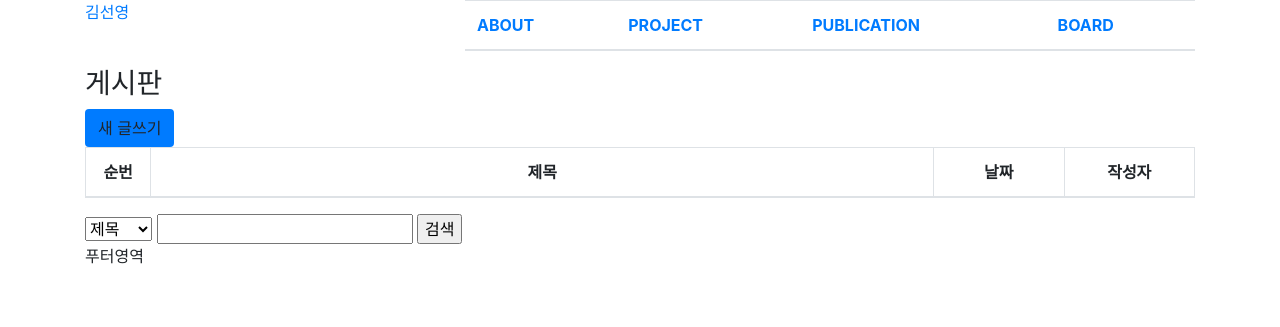
Repository: supremest35/web-projects
Page: http://localhost/noticeboard/board/list.jsp
These files come from the project's save history. The page is drawn as it stood at one moment and after the next save; the edit follows.
The browser window is 1280 px wide. The pictures show the whole page.
The page is served by Tomcat 9. Other server files are loaded and not shown. Queries for data that is not in the repository find no rows.

Above is the page before, as saved 2020-12-06 05:49:57.

### noticeboard/WebContent/board/list.jsp
<%@page import="dao.BoardDao"%>
<%@page import="vo.Board"%>
<%@page import="java.util.List"%>
<%@page import="util.StringUtils"%>
<%@ page language="java" contentType="text/html; charset=UTF-8"
    pageEncoding="UTF-8"%>
<!DOCTYPE html>
<html lang="ko">
<head>
  <title>Bootstrap 4 Example</title>
  <meta charset="utf-8">
  <meta name="viewport" content="width=device-width, initial-scale=1">
  <link rel="stylesheet" href="https://maxcdn.bootstrapcdn.com/bootstrap/4.5.2/css/bootstrap.min.css">
  <script src="https://ajax.googleapis.com/ajax/libs/jquery/3.5.1/jquery.min.js"></script>
  <script src="https://cdnjs.cloudflare.com/ajax/libs/popper.js/1.16.0/umd/popper.min.js"></script>
  <script src="https://maxcdn.bootstrapcdn.com/bootstrap/4.5.2/js/bootstrap.min.js"></script>
</head>
<body>
<%
	int pageNo = StringUtils.stringToInt(request.getParameter("pno"), 1);
	BoardDao boardDao = BoardDao.getInstance();
	List<Board> boards = boardDao.getAllBoards();

%>
<div class="container">
	<div class="row">
		<div class="col-2"><a href="index.jsp">김선영</a></div>
		<div class="col-2"></div>
		<div class="col-8">
			<table class="table">
				<thead>
					<tr>
						<th><a href="">ABOUT</a></th>
						<th><a href="">PROJECT</a></th>
						<th><a href="">PUBLICATION</a></th>
						<th><a href="board/list?pno=<%=pageNo %>.jsp">BOARD</a></th>
					</tr>
				</thead>
			</table>
		</div>
	</div>
	<div class="row">
		<div class="col-12">
			<h3>게시판</h3>
			<a href="form.jsp" class="btn bg-primary">새 글쓰기</a>
		</div>
		<div class="col-12">
			<div class="table">
				<table class="table table-bordered table-hover">
					<thead>
						<tr>
							<th style="width: 50px; text-align: center;">순번</th>
							<th style="width: 600px; text-align: center;">제목</th>
							<th style="width: 100px; text-align: center;">날짜</th>
							<th style="width: 100px; text-align: center;">작성자</th>
						</tr>
					</thead>
					<tbody>
						<%
							for (Board board : boards) {
						%>
							<tr>
								<td style="width: 50px; text-align: center;"><%=board.getNo() %></td>
								<td style="width: 600px;"><a href=""><%=board.getTitle() %></a></td>
								<td style="width: 100px; text-align: center;"><%=board.getCreateDate() %></td>
								<td style="width: 100px; text-align: center;"><%=board.getUserId() %></td>

							</tr>
						<%
							}
						%>
					</tbody>
				</table>
			</div>
		</div>
		<div class="col-12">
			<form action="search.jsp">
				<select name="searchType">
					<option value="제목">제목</option>
					<option value="작성자">작성자</option>
				</select>
				<input type="text" name="keyword" />
				<input type="submit" value="검색" />
			</form>
		</div>
	</div>
	<div class="row">
		<div class="col-12">푸터영역</div>
	</div>
</div>
</body>
</html>

### noticeboard/src/util/StringUtils.java
package util;

public class StringUtils {

	public static int stringToInt(String value, int defaultValue) {
		if (value == null) {
			return defaultValue;
		}

		try {
			return Integer.parseInt(value);
		} catch (NumberFormatException e) {
			return defaultValue;
		}
	}

	public static int stringToInt(String value) {
		return stringToInt(value, 0);
	}

	public static long stringToLong(String value, long defaultValue) {
		if (value == null) {
			return defaultValue;
		}

		try {
			return Long.parseLong(value);
		} catch (NumberFormatException e) {
			return defaultValue;
		}
	}

	public static long stringToLong(String value) {
		return stringToLong(value, 0L);
	}

	public static double stringToDouble(String value, double defaultValue) {
		if (value == null) {
			return defaultValue;
		}

		try {
			return Double.parseDouble(value);
		} catch (NumberFormatException e) {
			return defaultValue;
		}
	}

	public static double stringToDouble(String value) {
		return stringToDouble(value, 0.0);
	}
}

### noticeboard/src/dao/BoardDao.java
package dao;

import java.sql.Connection;
import java.sql.PreparedStatement;
import java.sql.ResultSet;
import java.sql.SQLException;
import java.util.ArrayList;
import java.util.List;

import util.ConnectionUtil;
import vo.Board;
import vo.BoardImage;

public class BoardDao {

	private static final String GET_BOARD_NO_SQL = "select test_board_seq.nextval no from dual";
	private static final String INSERT_BOARD_SQL = "insert into test_board (board_no, board_title, board_document, user_id)"
			+ " values (?, ?, ?, ?)";
	private static final String INSERT_BOARD_IMAGE_SQL = "insert into test_board_images (board_no, image_filename, image_index)"
			+ " values (?, ?, ?)";
	private static final String GET_ALL_BOARDS_SQL = "select * from test_board";
	private static final String GET_ALL_BOARD_IMAGES_SQL = "select * from test_board_images";

	// 싱글턴 객체
	private static final BoardDao boardDao = new BoardDao();
	private BoardDao() {}
	public static BoardDao getInstance() {
		return boardDao;
	}

	public int getBoardNo() throws SQLException {
		int boardNo = 0;

		Connection con = ConnectionUtil.getConnection();
		PreparedStatement pstmt = con.prepareStatement(GET_BOARD_NO_SQL);
		ResultSet rs = pstmt.executeQuery();

		rs.next();

		boardNo = rs.getInt("no");

		return boardNo;

	}

	public List<Board> getAllBoards() throws SQLException {
		List<Board> boards = new ArrayList<Board>();

		Connection con = ConnectionUtil.getConnection();
		PreparedStatement pstmt = con.prepareStatement(GET_ALL_BOARDS_SQL);
		ResultSet rs = pstmt.executeQuery();

		while (rs.next()) {
			Board board = new Board();
			board.setNo(rs.getInt("board_no"));
			board.setTitle(rs.getString("board_title"));
			board.setDocument(rs.getString("board_document"));
			board.setCreateDate(rs.getDate("board_create_date"));
			board.setUserId(rs.getString("user_id"));
			boards.add(board);
		}

		rs.close();
		pstmt.close();
		con.close();
		return boards;
	}

	public List<BoardImage> getAllBoardImages() throws SQLException {
		List<BoardImage> boardImages = new ArrayList<BoardImage>();
		Connection con = ConnectionUtil.getConnection();
		PreparedStatement pstmt = con.prepareStatement(GET_ALL_BOARD_IMAGES_SQL);
		ResultSet rs = pstmt.executeQuery();

		while (rs.next()) {
			BoardImage boardImage = new BoardImage();
			boardImage.setNo(rs.getInt("board_no"));
			boardImage.setFileName(rs.getString("image_filename"));
			boardImage.setIndex(rs.getInt("image_index"));
			boardImages.add(boardImage);
		}

		rs.close();
		pstmt.close();
		con.close();
		return boardImages;
	}


	public void insertBoard(Board board) throws SQLException {

		Connection con = ConnectionUtil.getConnection();
		PreparedStatement pstmt = con.prepareStatement(INSERT_BOARD_SQL);
		pstmt.setInt(1, board.getNo());
		pstmt.setString(2, board.getTitle());
		pstmt.setString(3, board.getDocument());
		pstmt.setString(4, board.getUserId());
		pstmt.executeUpdate();

		pstmt.close();
		con.close();
	}

	public void insertBoardImage(BoardImage boardImage) throws SQLException {
		Connection con = ConnectionUtil.getConnection();
		PreparedStatement pstmt = con.prepareStatement(INSERT_BOARD_IMAGE_SQL);
		pstmt.setInt(1, boardImage.getNo());
		pstmt.setString(2, boardImage.getFileName());
		pstmt.setInt(3, boardImage.getIndex());
		pstmt.executeUpdate();

		pstmt.close();
		con.close();
	}

}

### noticeboard/src/util/ConnectionUtil.java
package util;

import java.sql.Connection;
import java.sql.DriverManager;
import java.sql.SQLException;

public class ConnectionUtil {

	private static final String DRIVER_NAME = "oracle.jdbc.OracleDriver";
	private static final String DB_URL = "jdbc:oracle:thin:@localhost:1521:xe";
	private static final String USER = "hta";
	private static final String PASSWORD = "zxcv1234";

	static {
		try {
			Class.forName(DRIVER_NAME);
		} catch (ClassNotFoundException e) {
			e.printStackTrace();
		}
	}

	public static Connection getConnection() throws SQLException {
		return DriverManager.getConnection(DB_URL, USER, PASSWORD);
	}
}

After the next save:
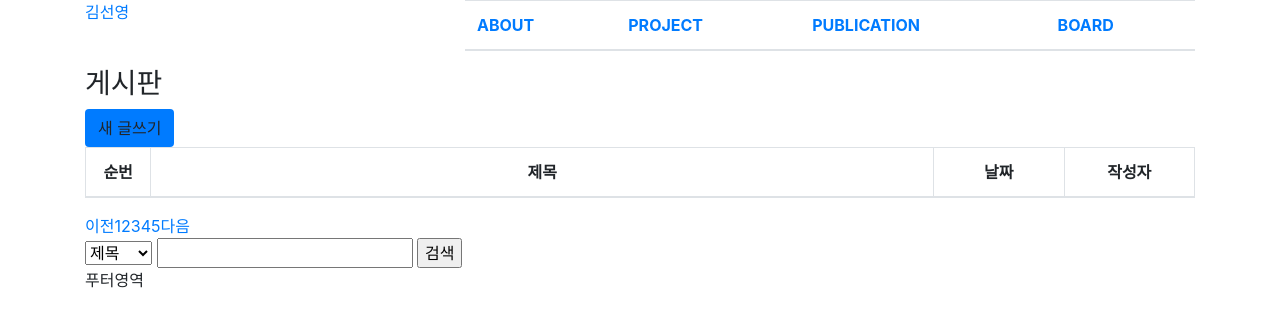
Saved 90 s later.
--- a/noticeboard/WebContent/board/list.jsp
+++ b/noticeboard/WebContent/board/list.jsp
@@ -74,6 +74,17 @@
 			</div>
 		</div>
 		<div class="col-12">
+			<div class="pagination">
+				<a href="" class="pagination-item">이전</a>
+				<a href="" class="pagination-item">1</a>
+				<a href="" class="pagination-item">2</a>
+				<a href="" class="pagination-item">3</a>
+				<a href="" class="pagination-item">4</a>
+				<a href="" class="pagination-item">5</a>
+				<a href="" class="pagination-item">다음</a>
+			</div>
+		</div>
+		<div class="col-12">
 			<form action="search.jsp">
 				<select name="searchType">
 					<option value="제목">제목</option>
